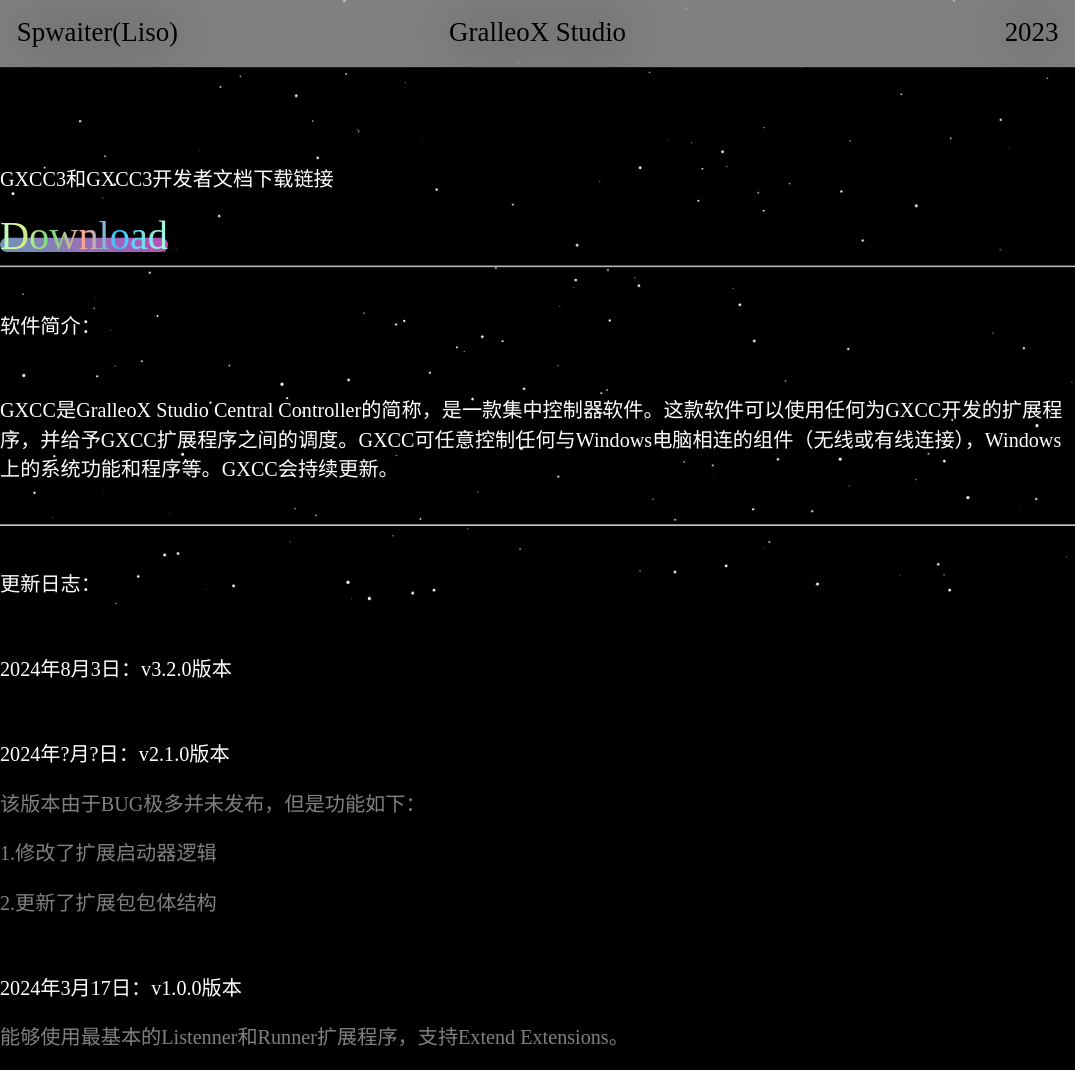
Repository: Lisu-Liso/page
Page: GXCC/index.html
The author's editor kept a copy of each file at every save. The page is drawn from the files as they stood at one save, then again after a run of saves.
The browser window is 1280 px wide. The pictures show the whole page, at 84% of full size.

Above is the page before, as saved 2024-08-04 08:54:38.

After the next 2 saves:
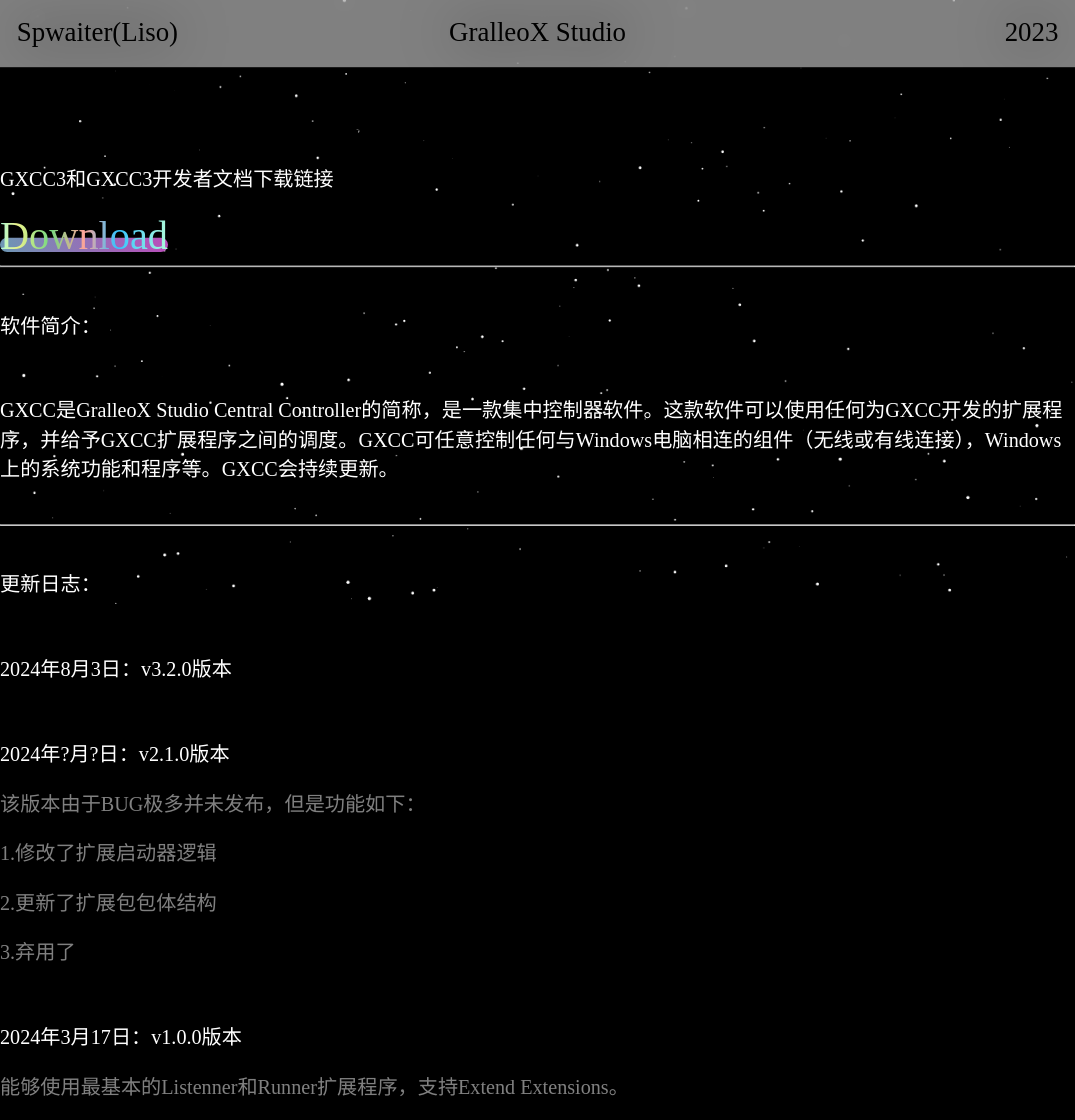
The 2 saves are shown as one change because they came seconds apart.
The last was saved 26 s later.
--- a/GXCC/index.html
+++ b/GXCC/index.html
@@ -307,6 +307,7 @@
         <p class="normaltext" style="color: grey;">该版本由于BUG极多并未发布，但是功能如下：</p>
         <p class="normaltext" style="color: grey;">1.修改了扩展启动器逻辑</p>
         <p class="normaltext" style="color: grey;">2.更新了扩展包包体结构</p>
+        <p class="normaltext" style="color: grey;">3.弃用了</p>
         <br>
         <p class="normaltext">2024年3月17日：v1.0.0版本</p>
         <p class="normaltext" style="color: grey;">能够使用最基本的Listenner和Runner扩展程序，支持Extend Extensions。</p>
